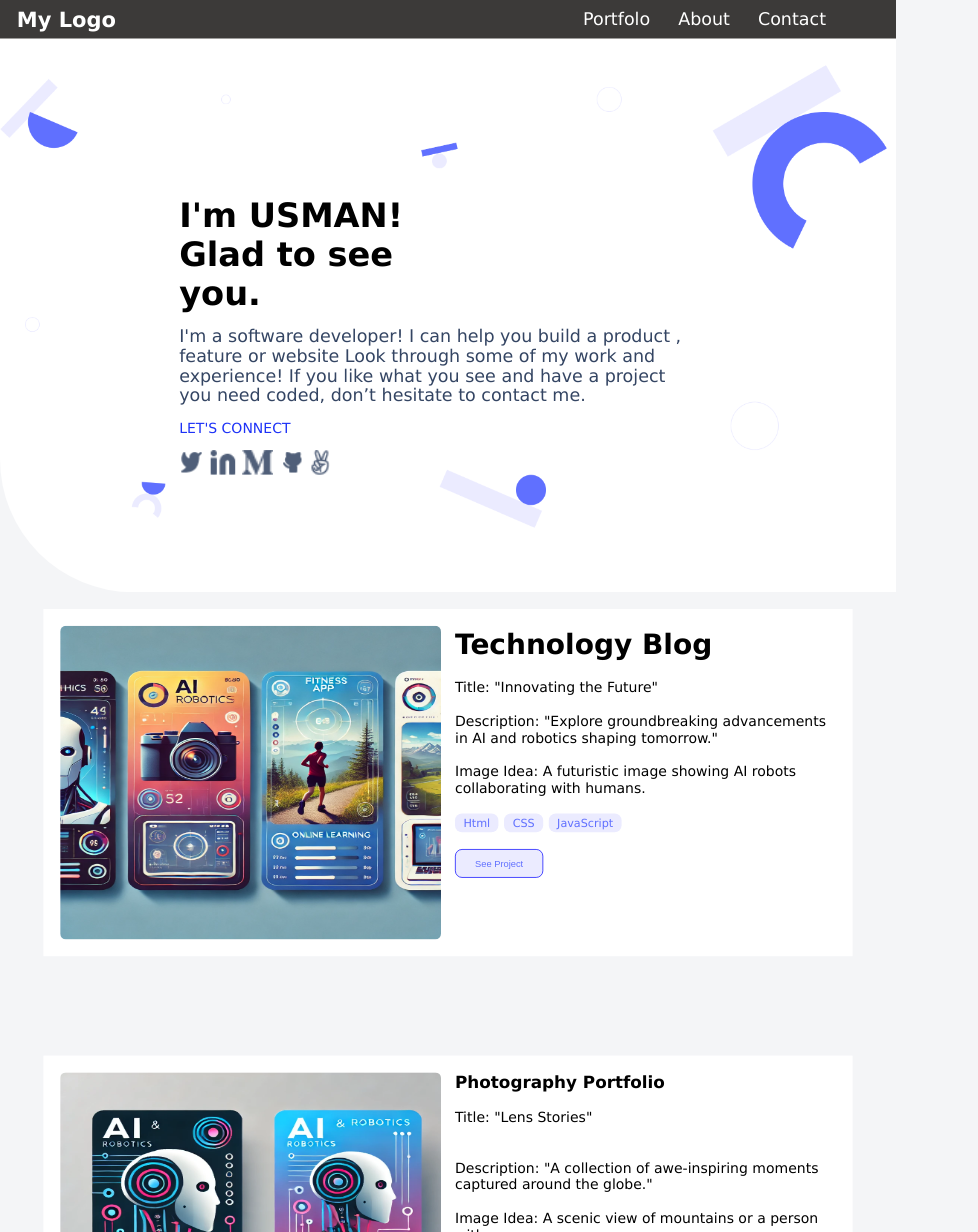
Repository: usman3123/portfolio-template-3
Page: portfolio.html
The author's editor kept a copy of each file at every save. The page is drawn from the files as they stood at one save, then again after the next save.
The browser window is 1280 px wide. The page is 1280 px wide, then 1397 px, so the pictures cover 1397 px, including what lies to the right of the window. The pictures show the part of the page from y = 0 to 1760 px (the page is 3455 px tall before and 3748 px after), at 70% of full size.
Some web libraries are served in a nearby version.

Above is the page before, as saved 2025-01-25 14:58:15.

### portfolio.html
<!DOCTYPE html>
<html lang="en">
<head>
  <meta charset="UTF-8">
  <meta name="viewport" content="width=device-width, initial-scale=1.0">
  <title>project 2</title>
  <link rel="stylesheet" href="style.css">
  <link href='https://unpkg.com/boxicons@2.1.4/css/boxicons.min.css' rel='stylesheet'>
  <link rel="stylesheet" href="https://cdnjs.cloudflare.com/ajax/libs/font-awesome/6.6.0/css/all.min.css" integrity="sha512-Kc323vGBEqzTmouAECnVceyQqyqdsSiqLQISBL29aUW4U/M7pSPA/gEUZQqv1cwx4OnYxTxve5UMg5GT6L4JJg==" crossorigin="anonymous" referrerpolicy="no-referrer" />
  <link rel="stylesheet" href="https://cdnjs.cloudflare.com/ajax/libs/font-awesome/6.6.0/css/all.min.css" integrity="sha512-Kc323vGBEqzTmouAECnVceyQqyqdsSiqLQISBL29aUW4U/M7pSPA/gEUZQqv1cwx4OnYxTxve5UMg5GT6L4JJg==" crossorigin="anonymous" referrerpolicy="no-referrer" />

  <link rel="stylesheet" href="https://cdnjs.cloudflare.com/ajax/libs/font-awesome/6.7.2/css/all.min.css">
  <link rel="preconnect" href="https://fonts.googleapis.com">
<link rel="preconnect" href="https://fonts.gstatic.com" crossorigin>
<link href="https://fonts.googleapis.com/css2?family=Poppins:ital,wght@0,100;0,200;0,300;0,400;0,500;0,600;0,700;0,800;0,900;1,100;1,200;1,300;1,400;1,500;1,600;1,700;1,800;1,900&display=swap" rel="stylesheet">
</head>

<body>
<section class="webpage">
  <!-- Navbar -->

 <div class="hero-page">
  <div class="header-div">
    <nav class="nav-bar flex">
        <h4 class="nav-heading">My Logo</h4>
        <div class="nav-links flex">
            <a href="#myportfolio" class="link">Portfolo</a>
            <a href="myabout" class="link">About</a>
            <a href="mycontact" class="link" >Contact</a>
        </div>
        <i class="fa-solid fa-light fa-bars fa-xl " id="nav-icon"></i>
    </nav>
</div>

  <!-- Main Content -->
  <section id="myportfolio" class="hero-section flex">
    <div class="hero-content flex">
        <h1 class="hero-head"> I'm USMAN!
          Glad to see you.
      </h1>
      <p class="hero-p">
         I'm a software developer! I can help you build a product , feature or website Look through  some of my work and experience! If you like what you see and have a project you need coded, don’t hesitate to contact me.
      </p>
     <p class="let-connect"> LET'S CONNECT</p>

      <div class="icons flex">
          <img src="/assets/twitter.png" class="media-icon">
          <img src="assets/Linkedin.png" class="media-icon">
          <img src="assets/M.png" class="media-icon">
          <img src="assets/Github.png" class="media-icon">
          <img src="assets/V.png" class="media-icon">
      </div>
    </div>
  </section>

 </div>
  <!-- Cards Section -->

  <section class="cards flex">
    <div class="card flex">
      <img class="card-img" src="/assets/card-1img.webp" alt="CARD_!_IMG">
      <div class="card-content flex">
        <h2 class="card-head">Technology Blog</h2>
        <p class="content-p">Title: "Innovating the Future"</p>
        <p class="content-sp">Description: "Explore groundbreaking advancements in AI and robotics shaping tomorrow."</p>
        <p class="content-p">Image Idea: A futuristic image showing AI robots collaborating with humans.</p>
        <div class="languages flex">
          <p class="lang">Html</p>
          <p class="lang">CSS</p>
          <p class="lang">JavaScript</p>
        </div>
        <button class="content-btn">See Project</button>
      </div>
    </div>
    <div class="card flex">
      <img class="card-img" src="/assets/card-2img.webp" alt="CARD_!_IMG">
      <div class="card-content flex">
        <h2 id="photo-head">Photography Portfolio</h2>
        <p class="content-p">Title: "Lens Stories"<p>
        <p class="content-sp">Description: "A collection of awe-inspiring moments captured around the globe."</p>
        <p class="content-p">Image Idea: A scenic view of mountains or a person with a camera.
        </p>
        <div class="languages flex">
          <p class="lang">Html</p>
          <p class="lang">Ruby on Rails</p>
          <p class="lang">CSS</p>
          <p class="lang">JavaScript</p>
        </div>
        <button class="content-btn">See Project</button>
      </div>
    </div>
    <div class="card flex">
      <img class="card-img" src="/assets/card-3img.webp" alt="CARD_!_IMG">
      <div class="card-content flex">
        <h2 class="card-head">Fitness App</h2>
        <p class="content-p">Title: "MoveSmart"<p>
        <p class="content-sp">Description: "Your companion for tracking workouts and achieving fitness goals."</p>
        <p class="content-p">Image Idea: A person jogging with fitness metrics displayed.</p>
        <div class="languages flex">
          <p class="lang">Html</p>
          <p class="lang">Ruby on Rails</p>
          <p class="lang">CSS</p>
          <p class="lang">JavaScript</p>
        </div>
        <button class="content-btn">See Project</button>
      </div>
    </div>
    <div class="card flex">
      <img class="card-img" src="/assets/card-4img.webp" alt="CARD_!_IMG">
      <div class="card-content flex">
        <h2 class="card-head">Online Learning</h2>
        <p class="content-p">Title: "Skillify"p>
        <p class="content-sp">Description: "Join courses from world-class instructors and master new skills."</p>
        <p class="content-p">Image Idea: A laptop with an open notebook and a student studying.</p>
        <div class="languages flex">
          <p class="lang">Html</p>
          <p class="lang">Ruby on Rails</p>
          <p class="lang">CSS</p>
          <p class="lang">JavaScript</p>
        </div>
        <button class="content-btn">See Project</button>
      </div>
    </div>
  </section>


   <!-- ABOUT MYSELF -->

  <section id="myabout" class="about flex">

    <div class="about-intro flex">
      <h1 style="font-size: 40px;">About Myself</h1>
      <p class="about-paragraph">Hello I'm a software developer! I can help you build a product , feature or website Look through some of my work and experience! If you like what you see and have a project you need coded, don't hesitate to contact me.</p>
        <p class="let-connect">Let's Connect</p>
        <div class="icons flex icon-gap">
          <img src="assets/twitter.png" class="twitter">
          <img src="assets/Linkedin.png" class="inimage">
          <img src="assets/M.png" class="mimage">
          <img src="assets/Github.png" class="tomimage">
          <img src="assets/V.png" class="protocol">
      </div>
      <button class="button rsm-btn"> Get my resume</button>
    </div>

    <!-- <div class="about-skills flex">
      <div class="about-all flex">
        <p>Languages</p>
        <i class='bx bx-chevron-down'></i>
      </div>
      <div class="about-lang flex">
        <div class="about-lang-img flex">
          <i class="fa-brands fa-js" style="color: #ff0000;"></i>
          <p>JavaScript</p>
        </div>
        <div class="about-lang-img flex">
          <i class="fa-brands fa-html5" style="color: #FFD43B;"></i>
          <p>Html</p>

        </div>
        <div class="about-lang-img flex">
          <i class="fa-brands fa-css3-alt" style="color: #74C0FC;"></i>
          <p>css</p>
        </div>
      </div>
      <div class="about-all flex">
        <p> Frameworks</p>
        <i class='bx bx-chevron-right'></i>
      </div>
      <div class="about-all flex">
        <p>Skills</p>
        <i class='bx bx-chevron-right'></i>
        </div>
        </div>
        <div class="contact-section flex">
            <h4 class="contact-paragraph">I'm always interested in hearing about new projects, so if you'd like to chat please get in touch.</h4>
            <form action="submit-form" class="contact-form flex">
                <div class="names flex">
                    <input type="text" placeholder="Full name" class="first-name">
                    <input type="text" placeholder="last name" class="last-name">
      </div>
        <div class="contact-section flex">
            <h4 class="contact-paragraph">I'm always interested in hearing about new projects, so if you'd like to chat please get in touch.</h4>
            <form action="submit-form" class="contact-form flex">
                <div class="names flex">
                    <input type="text" placeholder="Full name" class="first-name">
                    <input type="text" placeholder="last name" class="last-name">
    </div>
  </section> -->

  <!-- Contact section -->

  <!-- <section id="mycontact" class="contact-section">
    <h1 class="contact-heading">Contact Me</h1>
    <p class="contact-description">
        If you have an application you are interested in developing, a feature that you need built, or a project that needs coding, I'd love to help with it!
    </p>
    <form class="contact-form">
        <input class="form-input" type="text" placeholder="Your Name">
        <input class="form-input" type="email" placeholder="Your Email">
        <textarea class="form-message" placeholder="Write your message here..."></textarea>
        <button class="form-button">Get in Touch</button>
    </form>

</section>

</main> -->
</section>

<script src="index.js"></script>
</body>
</html>

### style.css
*{
    margin: 0;
    padding: 0;
    box-sizing: border-box;
}

body {
    font-family: Verdana, Geneva, Tahoma, sans-serif;
    background-color: #f4f5f7;
    justify-content: center;
    display: flex
;
}

.flex {
    display: flex;
}

/* nav-bar */

.header-div {
    background-color: #3c3a39;
    width: 100%;
}

.nav-bar {
    justify-content: space-between;
    color: white;
    max-width: 1204px;
    align-items: center;
    padding: 10px 24px;
}

.nav-heading {
    font-size: 30px;
}

.nav-links {
    gap: 40px;
    align-items: center;
    font-size: 25px;
    display: none;
}
.nav-icon {
    display: flex;
    width: 24px;
}


/* hero-section */

.hero-page {
    background-color: white;
    border-bottom-left-radius: 190px;
    background-image: url(/assets/Header\ bg@2x.png);
    background-size: contain;
    max-height: 846px;
    background-position: center;
    background-repeat: no-repeat;
    max-width: 1440px;
}
.hero-section {
    height: 846px;
    align-items: center;
    justify-content: center;
    padding-left: 20%;
}
.hero-content {
    flex-direction: column;
    gap: 20px;
}
.hero-head {
    font-size: 48px;
    font-weight: 700;
    width: 35%;
}

.hero-p {
    font-size: 25px;
    line-height: 28px;
    color: #344563;

    width: 73%;
}

.let-connect {
    color: #1d32f7;
    font-size: 20px;
    font-weight: 500;
    line-height: 24px;
}

.media-icon {
    height: 35px;
}

.icons {
    gap: 10px;
}

.nav-head {
    max-width: 1440px;
    width: 100%;
}
.enable {
    color: blue;
}
.link {
    color: white;
    text-decoration: none;
}

/* card-section */

.cards {
    flex-direction: column;
    align-items: center;
    gap:142px;
    padding: 24px;
}
.card {
    background-color: white;
    max-width: 1156px;
    max-height: 496px;
    width: 100%;
    padding: 24px;
    gap: 20px;
}
.card-img {
    max-width: 544px;
    width: 50%;
    border-radius:8px ;
}

.card-content {
    flex-direction: column;
    gap: 24px;
}

.card-head {
    font-size: 40px;
    font-weight: 700;
    line-height: 52px;
}
#photo-content {
    font-size: 40px;
    font-weight: 700;
    line-height: 52px;
}
.content-p {
    font-size: 20px;
    font-weight: 400;
    line-height: 24px;
}
.content-sp {
    font-size: 20px;
    font-weight: 400;
    line-height: 24px;
}

.languages {
    gap: 8px;
    align-items: center;
}

.lang {
    padding: 4px 12px;
    color: #6070ff;
    background-color: #ebebff;
    border-radius: 10px;
}

.content-btn {
    max-width: 126px;
    width: 100%;
    padding: 4px 12px;
    color: #6070ff;
    background-color: #ebebff;
    border-radius: 10px;
    padding: 12px;
    border: 1px solid blue;
}

/* about-section */

.about-intro {
    flex-direction: column;
}









@media (max-width : 1100px) {
    .hero-head {
        width: 53%;
    }
    .card-head {
        font-size: 2rem;
    }
    #photo-head {
        font-size: 27px;
    }
    .content-p {
        font-size: 15px;
    }
    .content-sp {
        font-size: 15px;
        display: none;
    }
    .card-content {
        gap: 20px;
    }

}
@media (max-width :870px) {
    .card {
        flex-direction: column;
        max-height: 552px;
        padding: 16px;
    }
    .card {
        max-width: 327px;
    }

}
@media (max-width : 870px) {
    .hero-head {
        width: 100%;
    }
    .hero-section {
        padding: 24px;
    }
    .hero-p {
        width: 100%;
    }
    .card-img {
        width: 100%;
        height: 18vh;
    }
    .card-content {
        gap: 2px;
    }
}
@media (min-width : 700px) {
    .nav-links {
        display: flex;
    }
    #nav-icon {
        display: none;
    }

}
@media (min-width : 1441px) {
    .card-content {
        gap: 30px;
    }
}

Loaded but not shown: index.js (no copy from this time; the picture is the same without it)

After the next save:
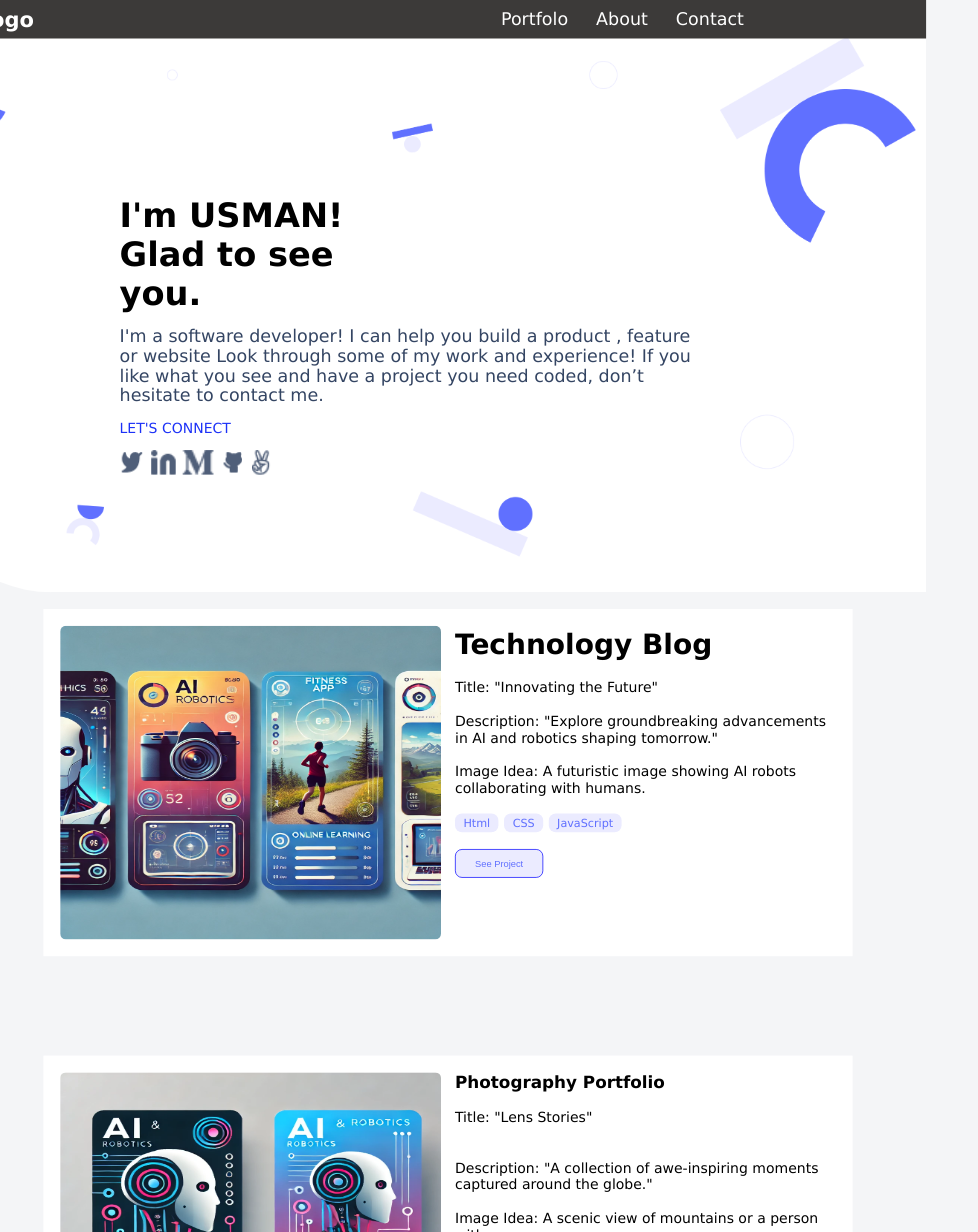
Saved 89 s later.
--- a/portfolio.html
+++ b/portfolio.html
@@ -142,7 +142,7 @@
       <button class="button rsm-btn"> Get my resume</button>
     </div>
 
-    <!-- <div class="about-skills flex">
+    <div class="about-skills flex">
       <div class="about-all flex">
         <p>Languages</p>
         <i class='bx bx-chevron-down'></i>
@@ -185,7 +185,7 @@
                     <input type="text" placeholder="Full name" class="first-name">
                     <input type="text" placeholder="last name" class="last-name">
     </div>
-  </section> -->
+  </section>
 
   <!-- Contact section -->
 
